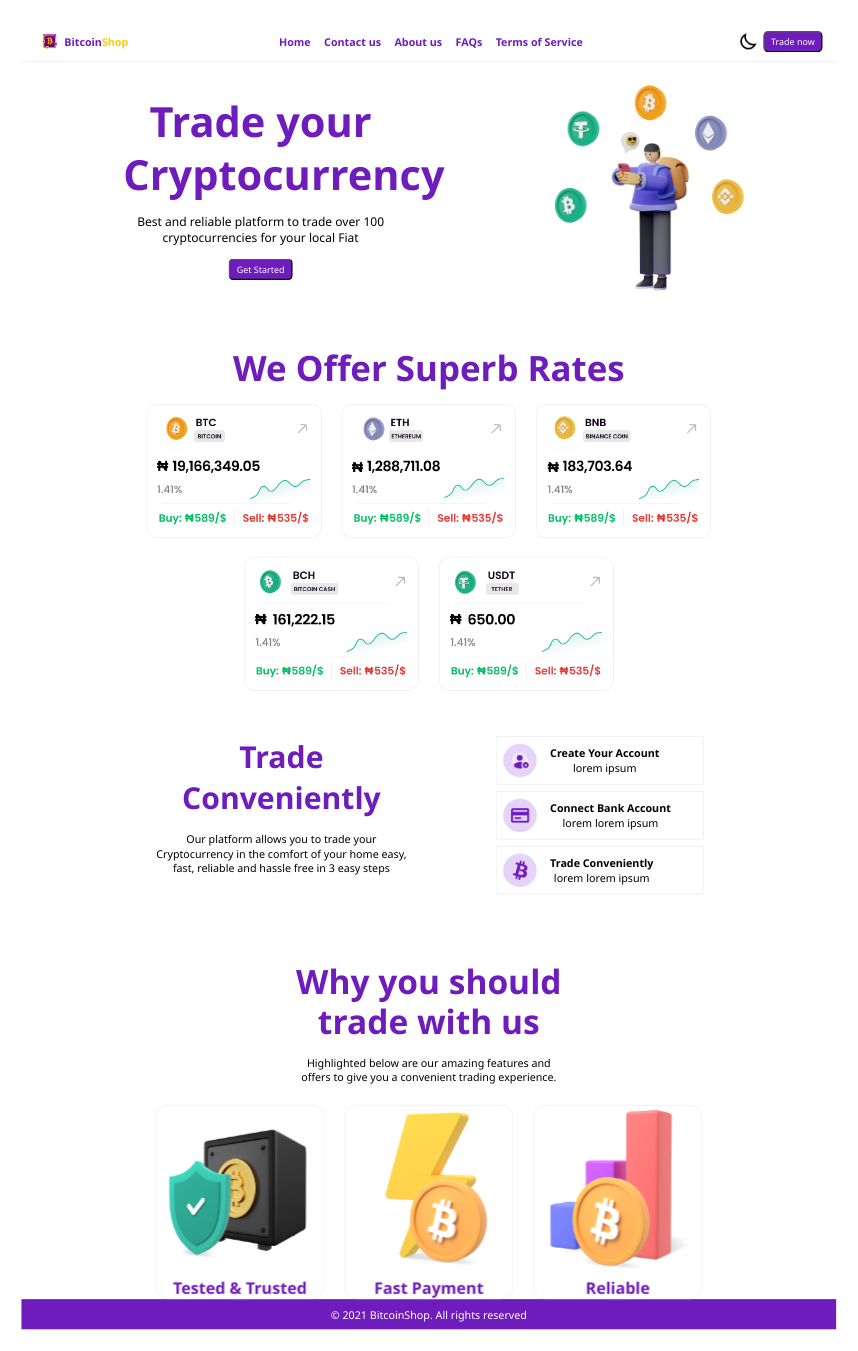
Repository: akinmiday/bitcoinshop-website
Page: /
An editor plug-in stored every save of this project. The page is shown before and after the next save, followed by the edit.
The browser window is 1280 px wide. The pictures show the whole page, at 67% of full size.
The project was rebuilt for these pictures with package versions that can differ from the ones it lists, and the page was loaded fresh each time. Also part of the build but not shown: vite.config.js.

Above is the page before, as saved 2023-07-10 19:19:47.

After the next save:
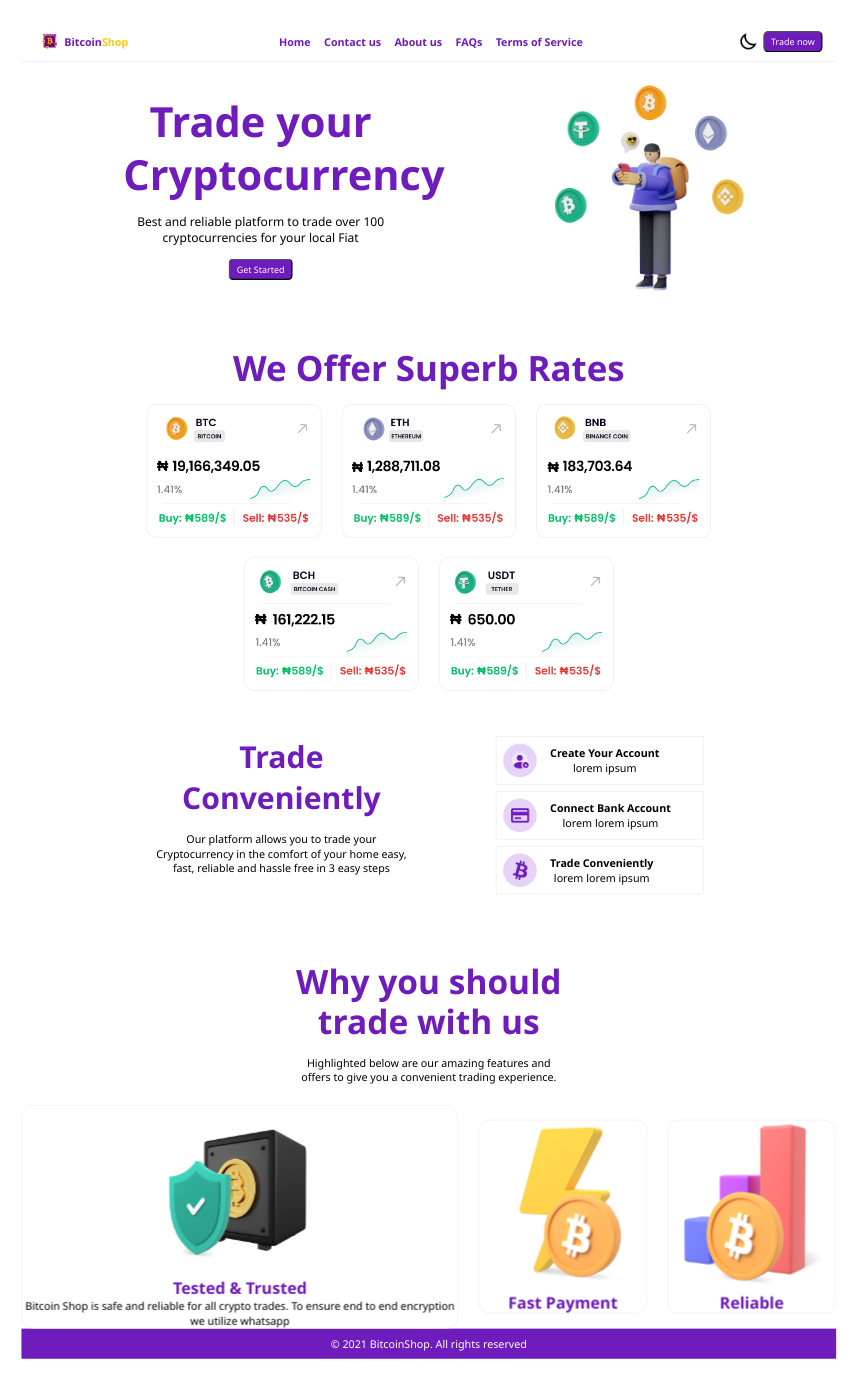
Saved 4 min 54 s later.
--- a/src/pages/tradewithus.jsx
+++ b/src/pages/tradewithus.jsx
@@ -16,6 +16,7 @@
                 <div>
                     <img src={securedIcon} />
                     <h2>Tested & Trusted</h2>
+                    <p>Bitcoin Shop is safe and reliable for all crypto trades. To ensure end to end encryption we utilize whatsapp</p>
                 </div>
                 <div>
                     <img src={fastPaymentIcon} />
